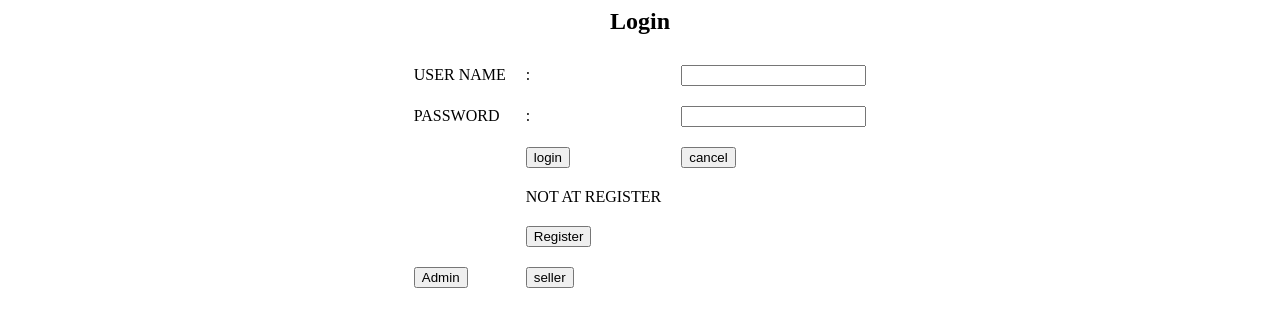
Repository: saik46573/sai
Page: http://localhost/Project/
These files come from the project's save history. The page is drawn as it stood at one moment and after the next save; the edit follows.
The browser window is 1280 px wide. The pictures show the whole page.
The page is served by Tomcat 9.

Above is the page before, as saved 2023-08-08 10:49:14.

After the next save:
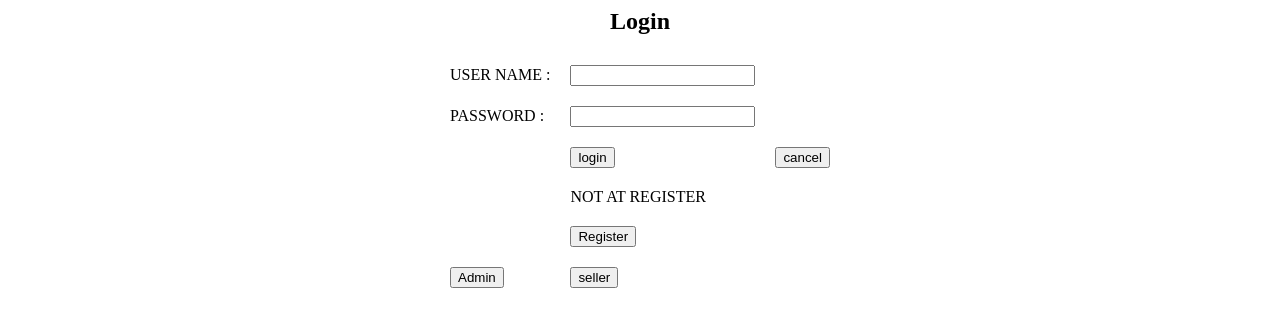
Saved 54 s later.
--- a/eclipse-workspace/Project/src/main/webapp/index.jsp
+++ b/eclipse-workspace/Project/src/main/webapp/index.jsp
@@ -4,13 +4,12 @@
 <form action="login" method="post">
 	<table  align="center" cellpadding="10px" style="border-collapse: collapse">
 	<tr>
-	<td>USER NAME</td>
-	<td>:</td>
+	<td>USER NAME :</td>
+
 	<td> <input type= "text" ></td>
 	</tr>
 	<tr>
-	<td>PASSWORD</td>
-	<td>:</td>
+	<td>PASSWORD :</td>
 	<td> <input type= "text" ></td>
 	</tr>
 	<tr>
